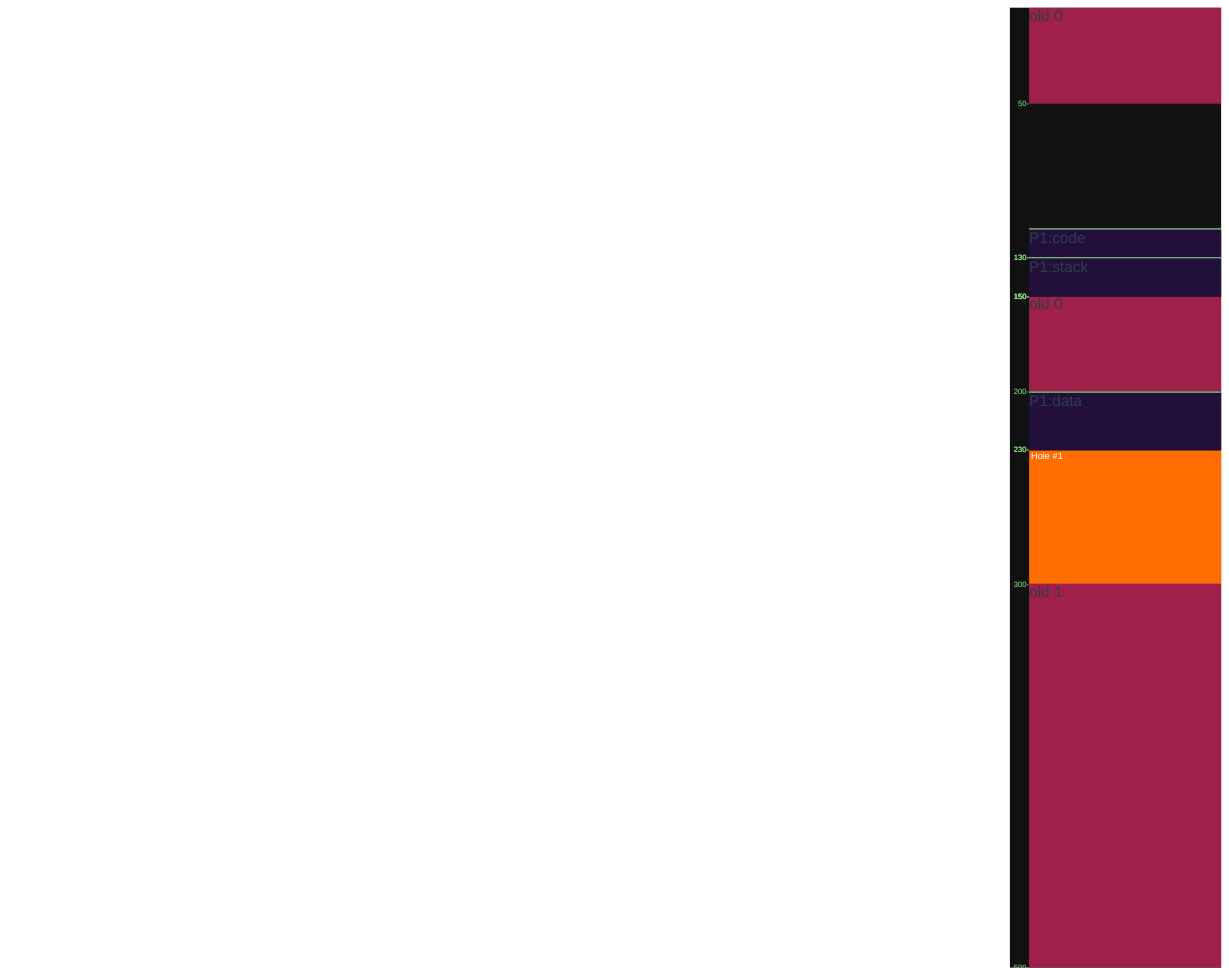
Repository: atout811/memory-allocation-project
Page: /#/final
The author's editor kept a copy of each file at every save. The page is drawn from the files as they stood at one save, then again after the next save.
The browser window is 1280 px wide. The pictures show the whole page, at 96% of full size.
The project was rebuilt for these pictures with package versions that can differ from the ones it lists, and the page was loaded fresh each time. Also part of the build but not shown: src/views/MemoryAndHoles.vue, src/views/Process.vue, src/views/Methods.vue.

Above is the page before, as saved 2021-06-09 21:23:50.

After the next save:
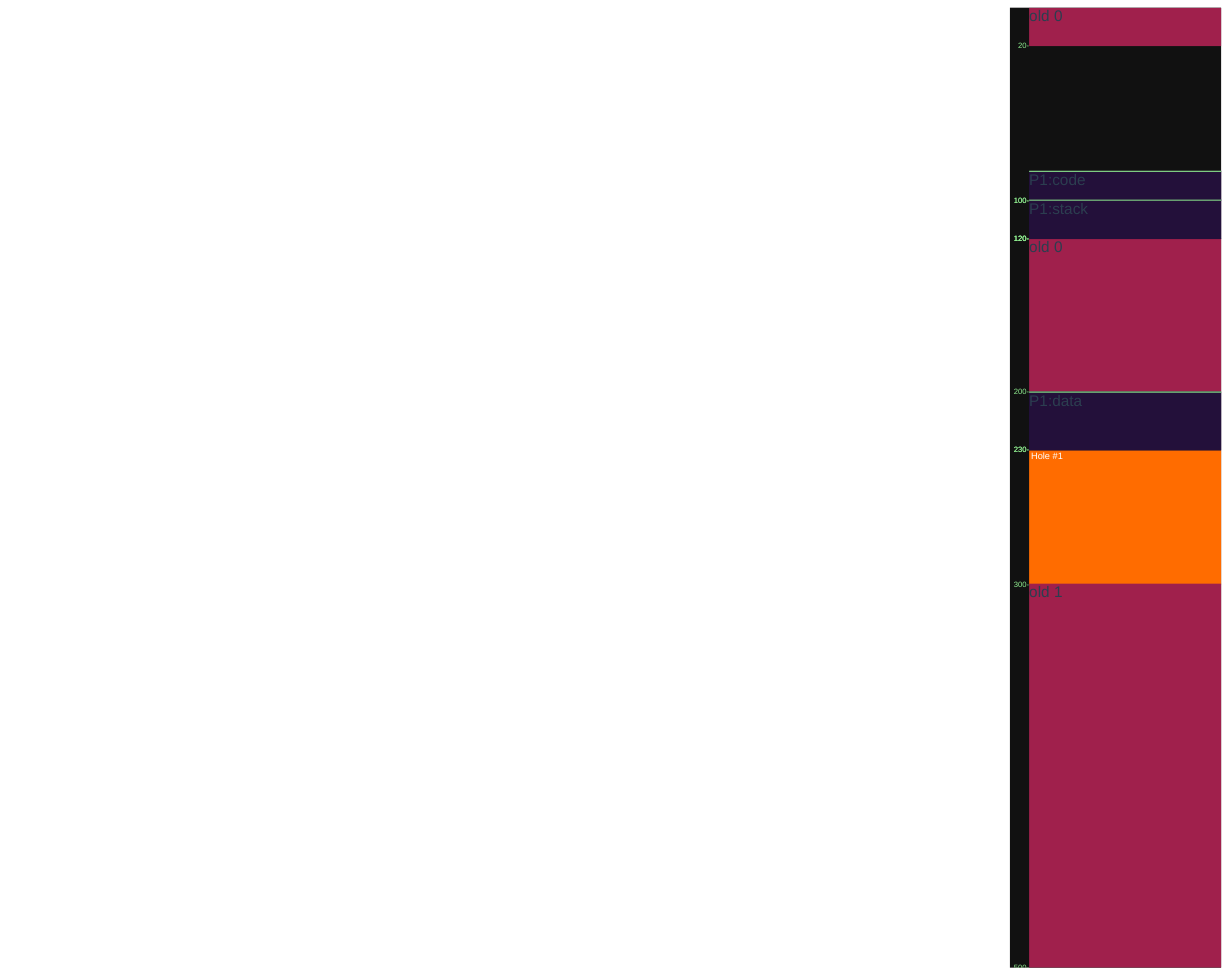
Saved 57 s later.
--- a/src/store/index.js
+++ b/src/store/index.js
@@ -5,7 +5,7 @@ export default createStore({
     input: {
       memSize: 500,
       Holes: [
-        { starting: 50, size: 100 },
+        { starting: 20, size: 100 },
         { starting: 200, size: 100 },
       ],
       Processes: [
